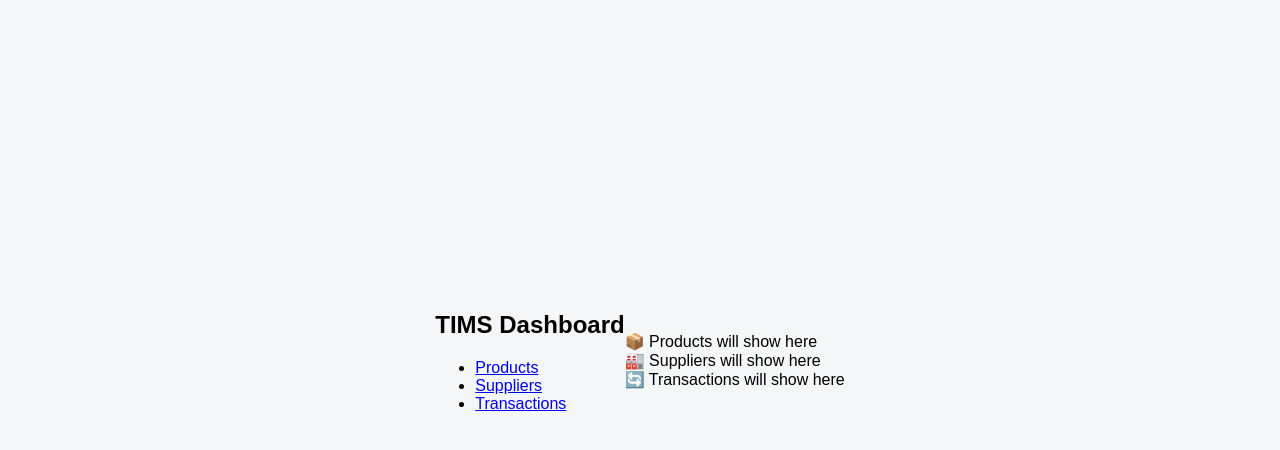
Repository: Soundaryalakshmi2005/Telecom-Management-System
Page: tims-frontends/src/main/webapp/dashboard.html
An editor plug-in stored every save of this project. The page is shown before and after the next save, followed by the edit.
The browser window is 1280 px wide. The pictures show the whole page.

Above is the page before, as saved 2025-08-23 14:46:09.

### tims-frontends/src/main/webapp/dashboard.html
<!DOCTYPE html>
<html lang="en">
<head>
  <meta charset="UTF-8">
  <title>TIMS Dashboard</title>
  <link rel="stylesheet" href="css/style.css">
</head>
<body>
  <!-- Navbar -->
  <nav class="navbar">
    <h2>TIMS Dashboard</h2>
    <ul>
      <li><a href="#" id="productsTab">Products</a></li>
      <li><a href="#" id="suppliersTab">Suppliers</a></li>
      <li><a href="#" id="transactionsTab">Transactions</a></li>
    </ul>
  </nav>

  <!-- Main Content -->
  <div class="content">
    <section id="productsSection" class="section">📦 Products will show here</section>
    <section id="suppliersSection" class="section hidden">🏭 Suppliers will show here</section>
    <section id="transactionsSection" class="section hidden">🔄 Transactions will show here</section>
  </div>

  <script src="js/dashboard.js"></script>
</body>
</html>

### tims-frontends/src/main/webapp/css/style.css
body {
  font-family: Arial, sans-serif;
  background-color: #f4f6f8;
  display: flex;
  justify-content: center;
  align-items: center;
  height: 100vh;
  margin: 0;
}

.login-container {
  background: white;
  padding: 30px;
  border-radius: 12px;
  box-shadow: 0 4px 12px rgba(0,0,0,0.1);
  width: 300px;
  text-align: center;
}

.login-container h2 {
  margin-bottom: 20px;
  color: #333;
}

.login-container input {
  width: 100%;
  padding: 10px;
  margin: 8px 0;
  border: 1px solid #ccc;
  border-radius: 8px;
}

.login-container button {
  width: 100%;
  padding: 10px;
  background-color: #28a745;
  color: white;
  border: none;
  border-radius: 8px;
  cursor: pointer;
  margin-top: 10px;
}

.login-container button:hover {
  background-color: #218838;
}

.error {
  color: red;
  margin-top: 10px;
}

Loaded but not shown: tims-frontends/src/main/webapp/js/dashboard.js (no copy from this time; the picture is the same without it)

After the next save:
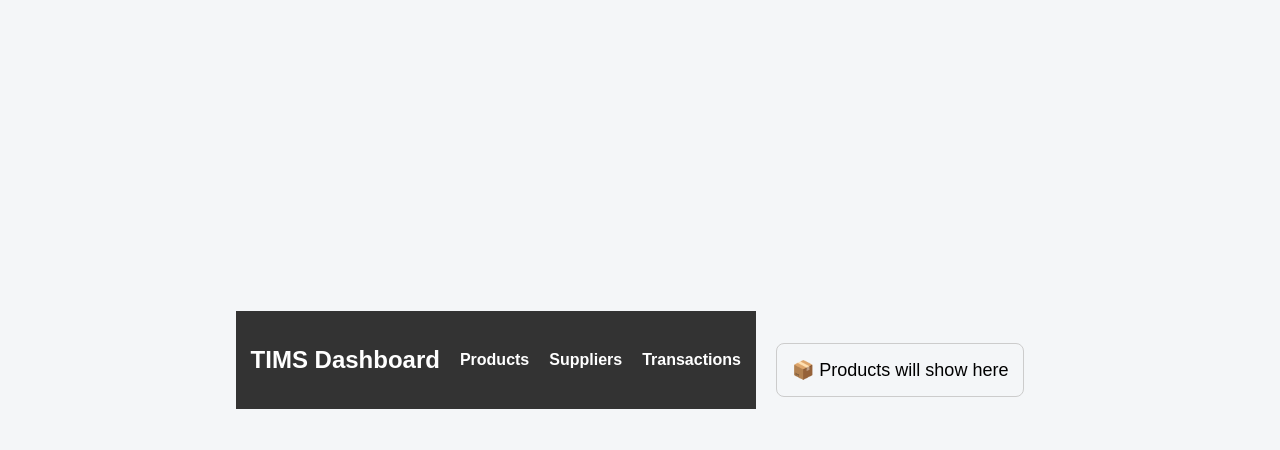
Saved 16 s later.
--- a/tims-frontends/src/main/webapp/css/style.css
+++ b/tims-frontends/src/main/webapp/css/style.css
@@ -49,3 +49,51 @@ body {
   color: red;
   margin-top: 10px;
 }
+
+/* Navbar */
+.navbar {
+  background-color: #333;
+  padding: 15px;
+  color: white;
+  display: flex;
+  justify-content: space-between;
+  align-items: center;
+}
+
+.navbar ul {
+  list-style: none;
+  margin: 0;
+  padding: 0;
+  display: flex;
+}
+
+.navbar li {
+  margin-left: 20px;
+}
+
+.navbar a {
+  color: white;
+  text-decoration: none;
+  font-weight: bold;
+}
+
+.navbar a:hover {
+  text-decoration: underline;
+}
+
+/* Sections */
+.content {
+  padding: 20px;
+}
+
+.section {
+  margin-top: 20px;
+  font-size: 18px;
+  padding: 15px;
+  border: 1px solid #ccc;
+  border-radius: 8px;
+}
+
+.hidden {
+  display: none;
+}
